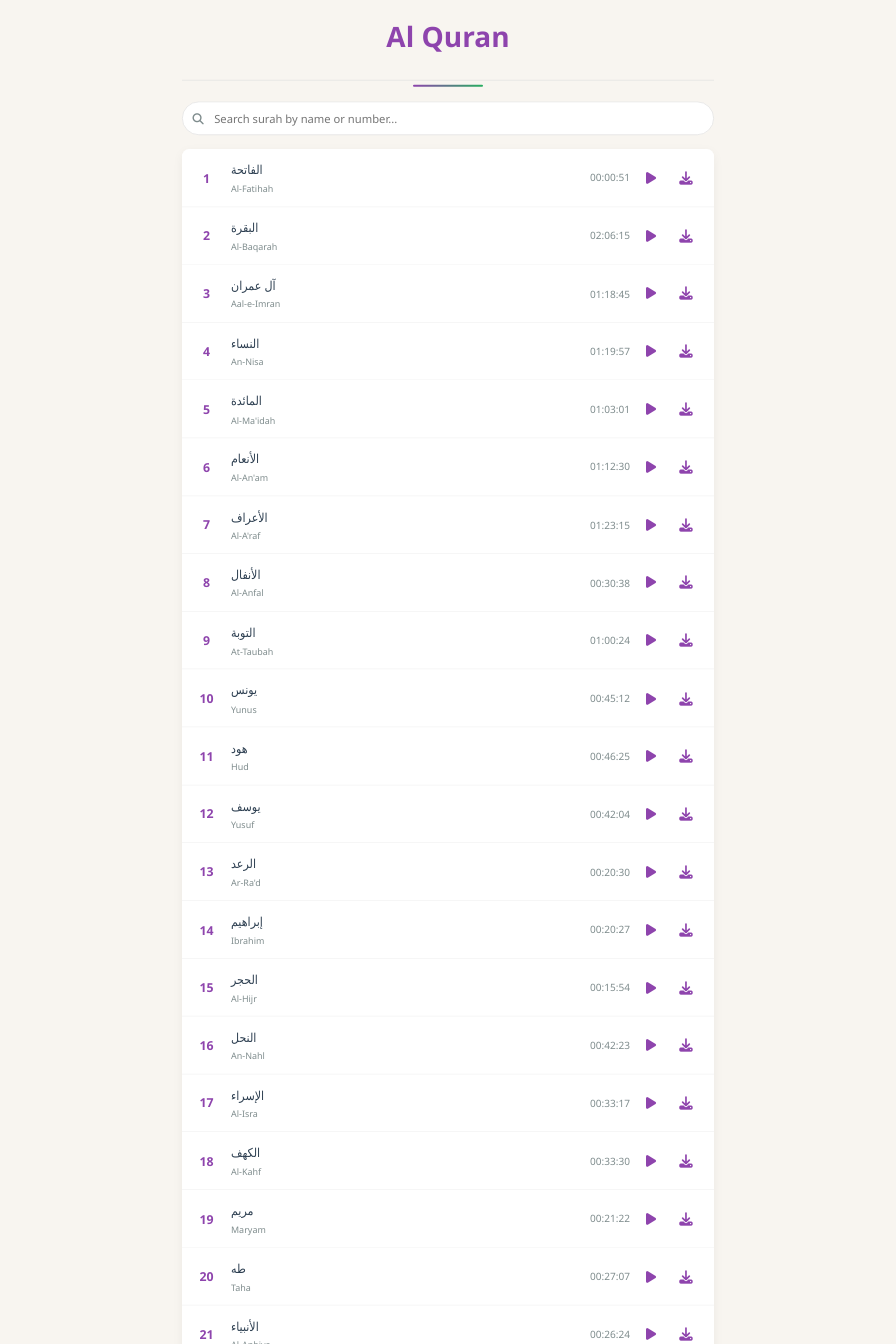
Repository: MohdKaarim/quran
Page: app/src/main/assets/Test.html
The author's editor kept a copy of each file at every save. The page is drawn from the files as they stood at one save, then again after a run of saves.
The browser window is 1280 px wide. The pictures show the part of the page from y = 0 to 1920 px (the page is 9811 px tall), at 70% of full size.

Above is the page before, as saved 2025-07-07 14:24:23.

After the next 5 saves:
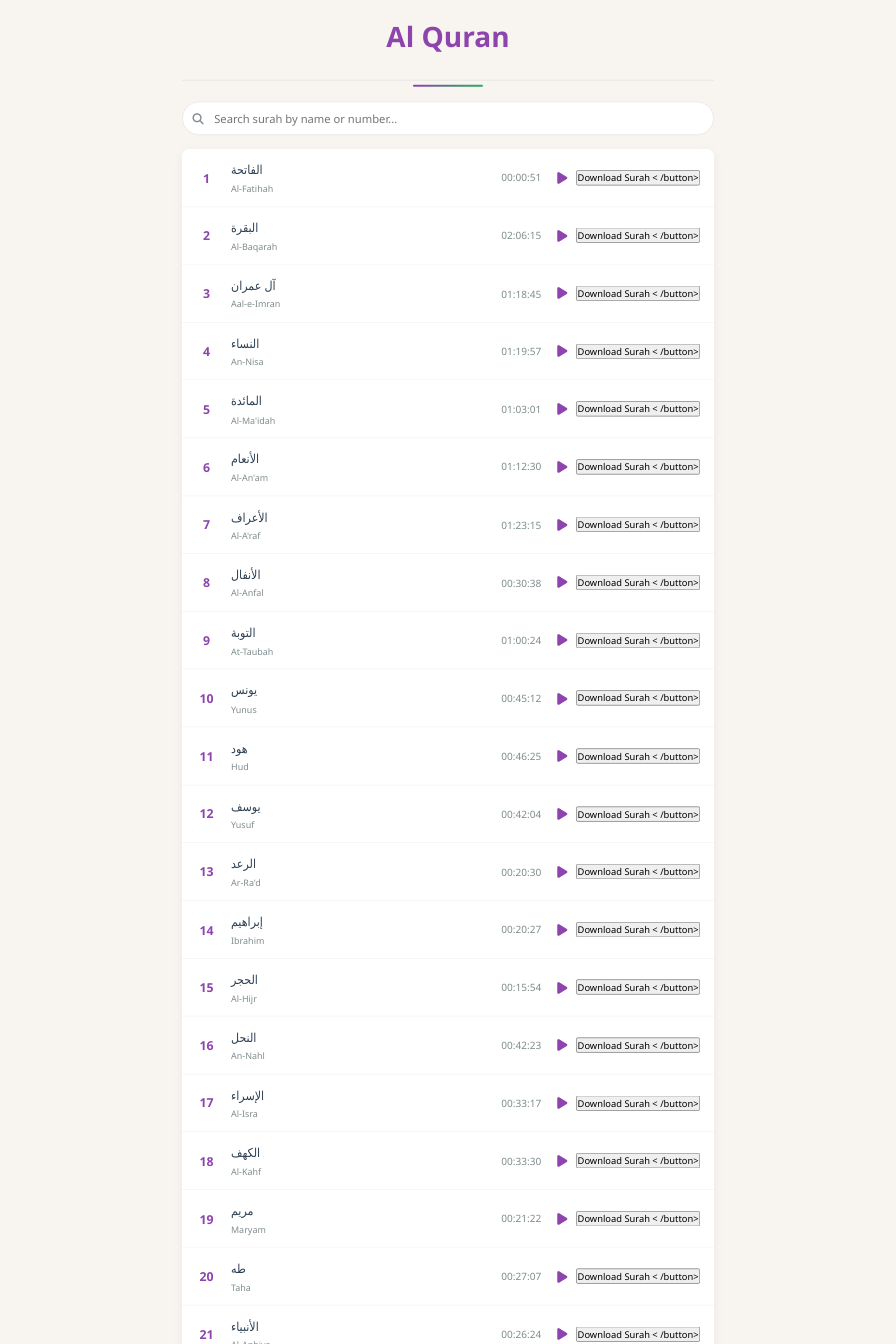
The 5 saves are shown as one change because they came seconds apart.
The last was saved 12 min 46 s later.
--- a/app/src/main/assets/Test.html
+++ b/app/src/main/assets/Test.html
@@ -814,9 +814,11 @@
             <button class="play-btn" onclick="playSurah(${surah.number})">
             <i class="fas fa-play"></i>
           </button>
-          <button class="download-btn" style="margin-left: 10px;" onclick="event.stopPropagation(); window.location.href='https://voluble-trifle-ea0803.netlify.app/001-al-fatihah.mp3';">
-        <i class="fas fa-download"></i>
-        </button>
+          <a href="https://voluble-trifle-ea0803.netlify.app/001-al-fatihah.mp3" download id="downloadLink" style="display: none;"></a>
+          <button onclick="document.getElementById('downloadLink').click()">
+              Download Surah
+<                 /button>
+
         `;
         surahListElement.appendChild(surahItem);
       });
